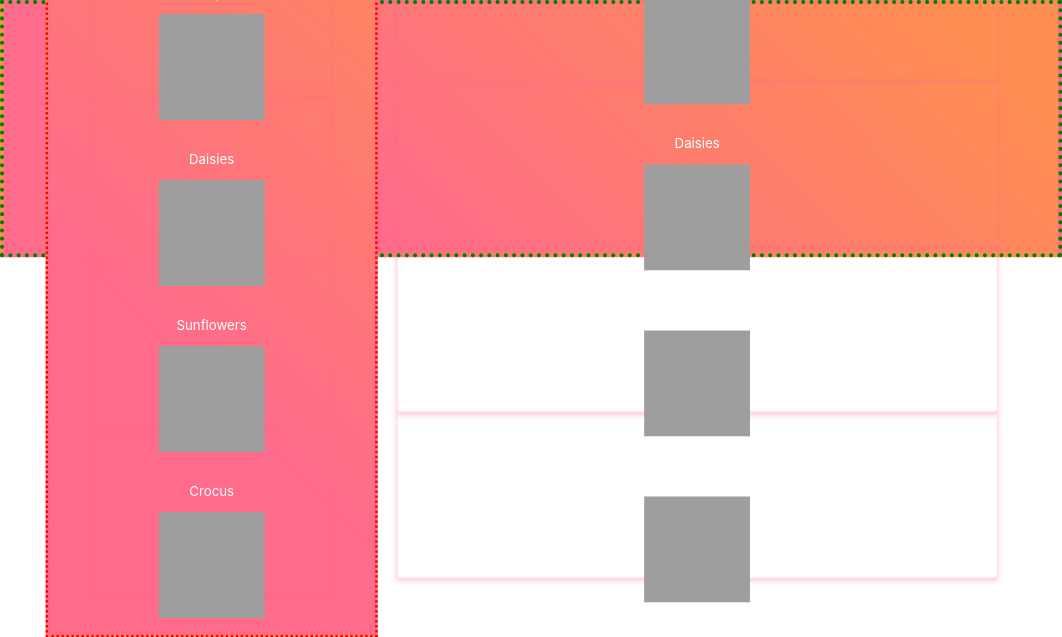
Repository: DevLuDaley/react-flower-shop
Page: /
These files come from the project's save history. The page is drawn as it stood at one moment and after the next save; the edit follows.
The browser window is 1280 px wide. The pictures show the whole page, at 83% of full size.
Pictures or frames that could not be fetched are drawn as grey boxes. The project was rebuilt for these pictures with package versions that can differ from the ones it lists, and the page was loaded fresh each time.

Above is the page before, as saved 2021-02-19 22:14:07.

### src/App.js
// import './App.css';
import Grid from '@material-ui/core/Grid';
import Container from '@material-ui/core/Container';
import { makeStyles } from '@material-ui/core/styles';

// // or
// import { Grid } from '@material-ui/core';
 import FlowerGallery from './components/FlowerGallery'
 import FlowersContainer from './Containers/FlowersContainer'


const useStyles = makeStyles({
  root: {
    background: 'linear-gradient(45deg, #FE6B8B 30%, #FF8E53 90%)',
    display: 'flex',
    justifyContent: 'center',
    alignItems: 'center',
    textAlign: 'center',
    height: '200px',
    border: '5px dotted green',
    padding: '50px'
  },
});

function App() {
  const classes = useStyles();
  return (
    <Grid className={classes.root}>
      {/* <Container> */}
      <FlowersContainer/>
        <FlowerGallery/>
      {/* </Container> */}
    </Grid>
  );
}

export default App;

### src/components/FlowerGallery.js
import React from 'react';
import { makeStyles } from '@material-ui/core/styles';

// import FlowerGalleryStyles from './FlowerGalleryStyles'
// import Button from materialmaterial
import Button from '@material-ui/core/Button';
import Container from '@material-ui/core/Container';

// const useStyles = makeStyles({
//   root: {
//     background: 'linear-gradient(45deg, #FE6B8B 30%, #FF8E53 90%)',
//     border: 0,
//     borderRadius: 3,
//     boxShadow: '0 3px 5px 2px rgba(255, 105, 135, .3)',
//     color: 'white',
//     // height: 48,
//     padding: '0 30px',
//     margin: '15 0'
//   },
// });

const useStyles = makeStyles({
  root: {
    // background: 'linear-gradient(45deg, #FE6B8B 30%, #FF8E53 90%)',
    // border: 0,
    borderRadius: 3,
    boxShadow: '0 3px 5px 2px rgba(255, 105, 135, .3)',
    color: 'white',
    height: 100,
    padding: '50px 30px',
    margin: '50',
    display: 'block'
  },
});

const FlowerGallery = () => {
      const classes = useStyles();
    // const classes = FlowerGalleryStyles()

const flowerList = [
  {
    id: 1,
    name: 'Red Roses',
    imageUrl: 'https://images.unsplash.com/photo-1548094967-e25a127d1f6d?ixid=MXwxMjA3fDB8MHxwaG90by1wYWdlfHx8fGVufDB8fHw%3D&ixlib=rb-1.2.1&auto=format&fit=crop&w=1137&q=80',
    rating: 5,
    alt: 'red-roses'},
  {
    id: 2,
    name: 'Tulips',
    imageUrl: 'https://images.unsplash.com/photo-1610444028097-40d9858bb44f?ixid=MXwxMjA3fDB8MHxwaG90by1wYWdlfHx8fGVufDB8fHw%3D&ixlib=rb-1.2.1&auto=format&fit=crop&w=1234&q=80',
    rating: 4,
    alt: 'tulips'},
  {
    id: 3,
    name: 'Daisies',
    imageUrl: 'https://images.unsplash.com/photo-1607061868914-e38515be98cb?ixid=MXwxMjA3fDB8MHxwaG90by1wYWdlfHx8fGVufDB8fHw%3D&ixlib=rb-1.2.1&auto=format&fit=crop&w=1091&q=80',
    rating: 4,
    alt: ''},

  {
    id: 4,
    name: 'Sunflowers',
    imageUrl: 'https://images.unsplash.com/photo-1598459832065-1e43b2283799?ixid=MXwxMjA3fDB8MHxzZWFyY2h8Nnx8c3VuZmxvd2VyJTIwYm9xdWV0fGVufDB8fDB8&ixlib=rb-1.2.1&auto=format&fit=crop&w=1200&q=60',
    rating: 5,
    alt: ''},
  {
    id: 5,
    name: 'Crocus',
    imageUrl: 'https://images.unsplash.com/photo-1488979246948-f4b573b1fae8?ixid=MXwxMjA3fDB8MHxwaG90by1wYWdlfHx8fGVufDB8fHw%3D&ixlib=rb-1.2.1&auto=format&fit=crop&w=1350&q=80',
    rating: 5,
    alt: ''}

]

    return (
        <Container>
        <h1>This is a flower Gallery</h1>
        <section>
        {flowerList ? flowerList.map(flower =>
          <div className={classes.root}>
              <p>{flower.name}</p>
              <img src={flower.imageUrl} alt={flower.alt} style={{width:"128px", height: "128px"}}></img>
          </div>
        )
        : <p className="no-data-message"> No Flowers Yet</p>
        }


        </section>
        {/* <Button className={classes.root}>Hook</Button>
        <Button variant="contained" color="primary">Hook</Button> */}
      </Container>
      );
}

export default FlowerGallery;
// FlowerGalleryStyles

### src/Containers/FlowersContainer.js
import React from 'react';
import Grid from '@material-ui/core/Grid';
import Container from '@material-ui/core/Container';
import { makeStyles } from '@material-ui/core/styles';


import FlowerGallery from '../components/FlowerGallery'


const useStyles = makeStyles({
  root: {
    background: 'linear-gradient(45deg, #FE6B8B 30%, #FF8E53 90%)',
    // border: 0,
    // borderRadius: 3,
    // boxShadow: '0 3px 5px 2px rgba(255, 105, 135, .3)',
    // color: 'white',
    // height: "auto",
    width: '400px',
    padding: '50px 30px',
    // margin: '20px auto',
    // display: 'flex',
    justifyContent: 'center',
    alignItems: 'center',
    textAlign: 'center',
    // height: '200px',
    border: '3px dotted red'
  },
});


const FlowersContainer = () => {
    const classes = useStyles();
    return (

        <Grid>
            <Container className={classes.root}>
                <FlowerGallery/>
            </Container>
        </Grid>


     );
}

export default FlowersContainer;

Loaded but not shown: public/index.html (common file); src/index.js (common file); src/index.css (common file); src/reportWebVitals.js (common file)

After the next save:
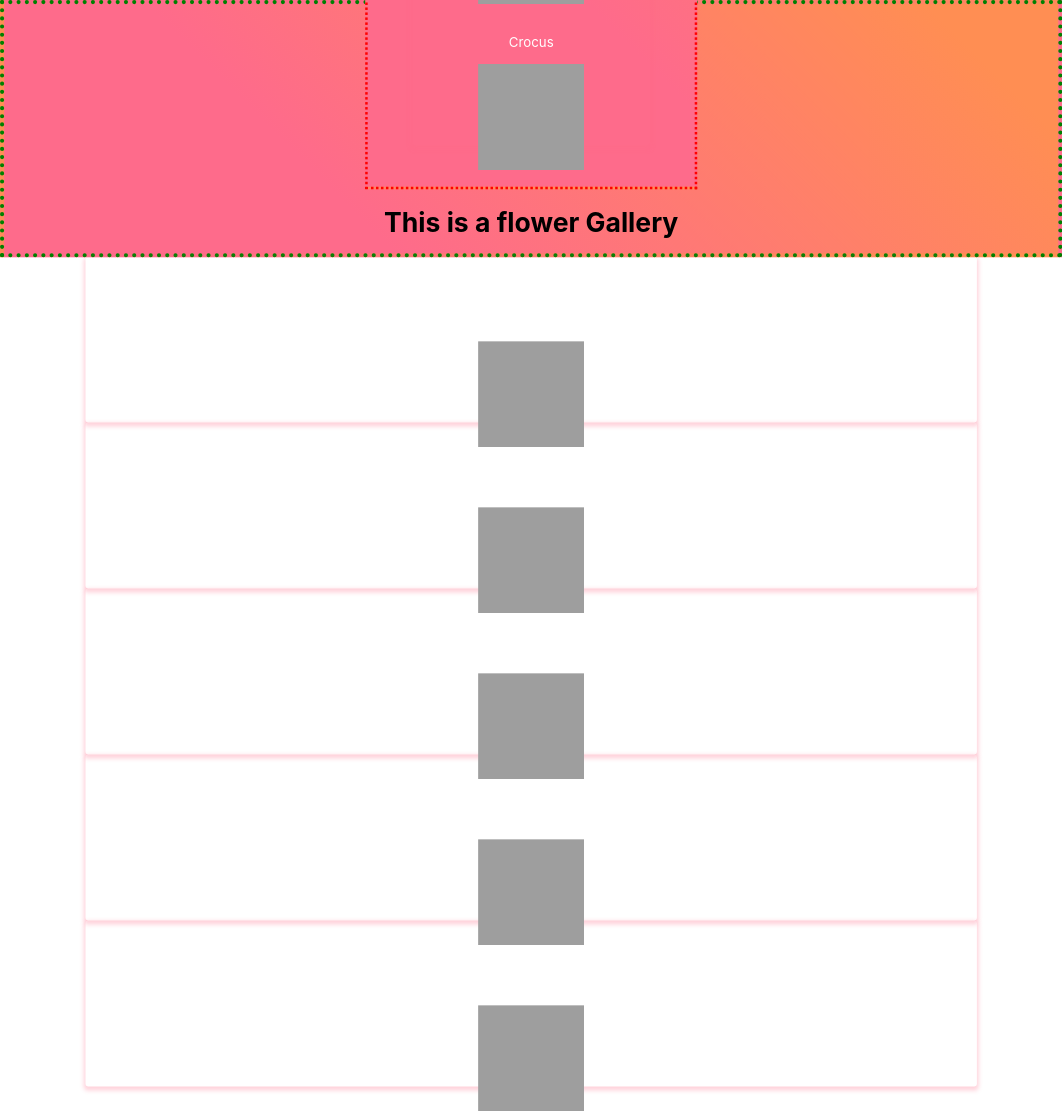
Saved 10 s later.
--- a/src/App.js
+++ b/src/App.js
@@ -26,10 +26,10 @@ function App() {
   const classes = useStyles();
   return (
     <Grid className={classes.root}>
-      {/* <Container> */}
+      <Container>
       <FlowersContainer/>
         <FlowerGallery/>
-      {/* </Container> */}
+      </Container>
     </Grid>
   );
 }
